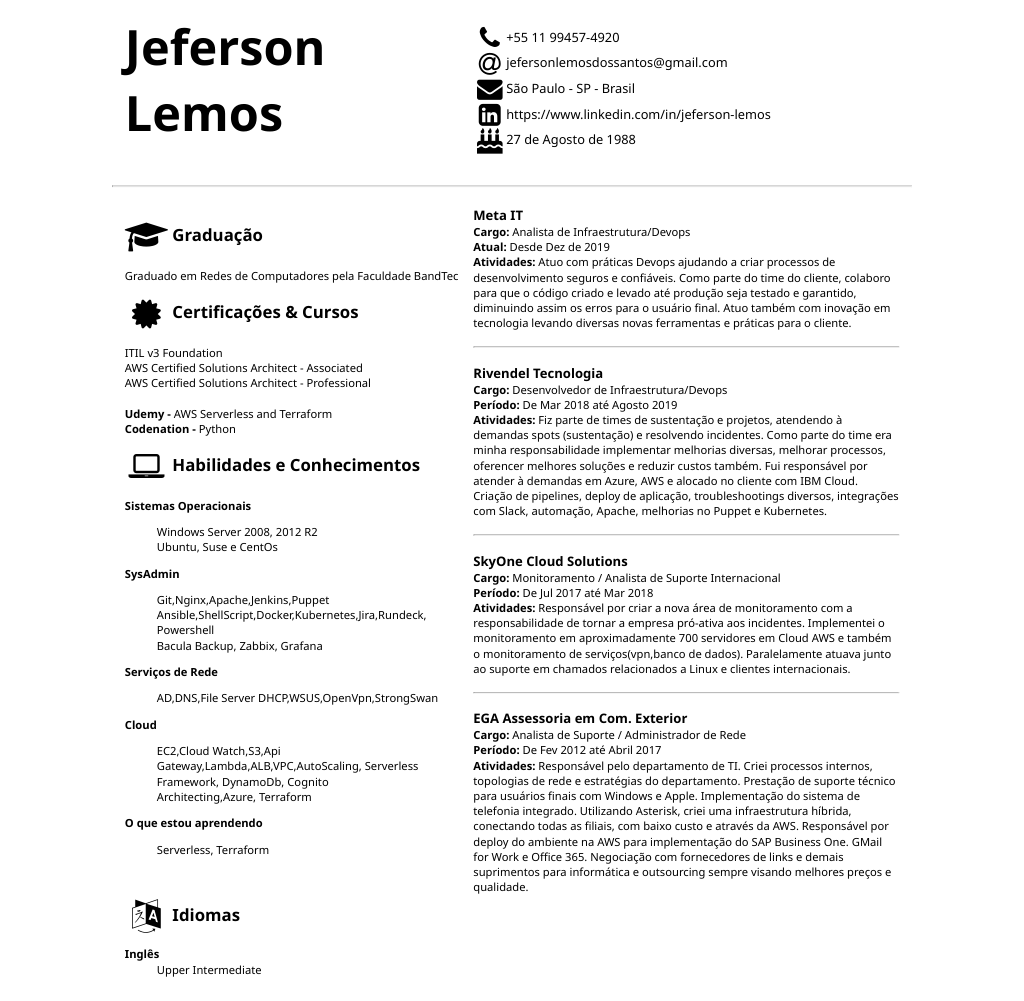
Repository: jefersonlemos/Resume-pt
Page: index.html
An editor plug-in stored every save of this project. The page is shown before and after the next save, followed by the edit.
The browser window is 1280 px wide. The pictures show the whole page, at 80% of full size.

Above is the page before, as saved 2020-06-15 12:08:44.

After the next save:
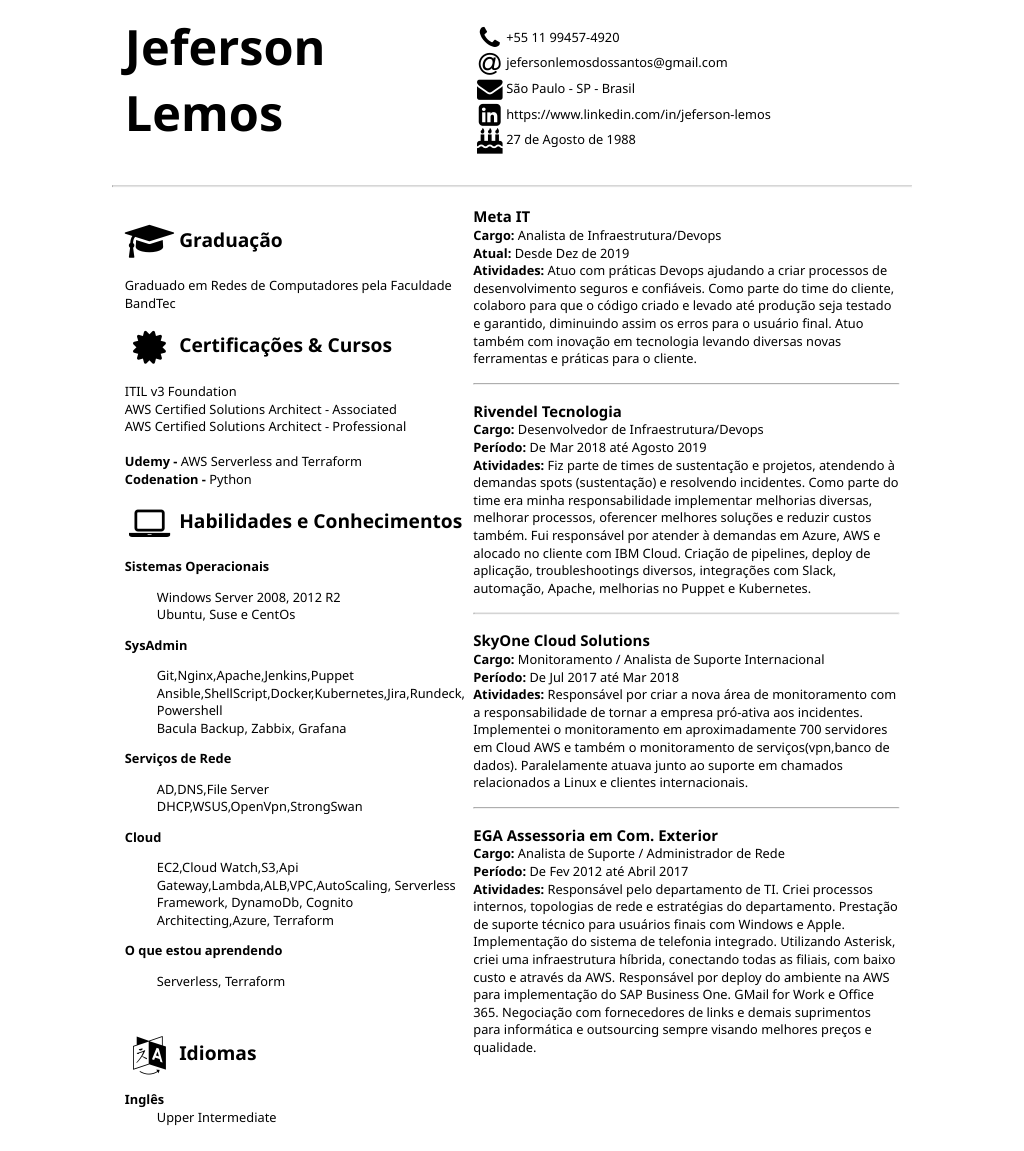
Saved 19 s later.
--- a/css/app.css
+++ b/css/app.css
@@ -47,5 +47,5 @@ dt {
 }
 
 article {
-    font-size: 14px;
+    font-size: 16px;
 }
